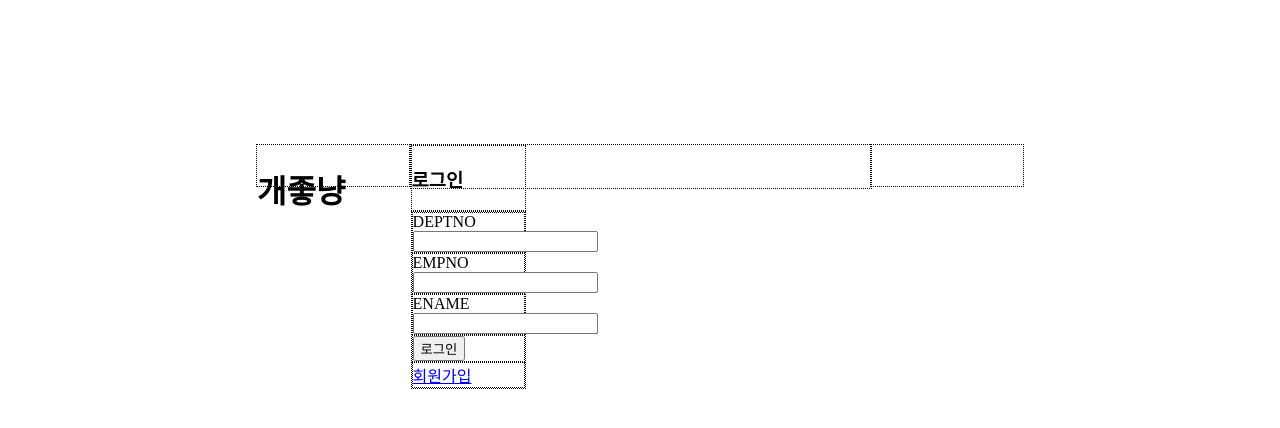
Repository: rmsgh2392/jee-company
Page: http://localhost/company/facade.do
The author's editor kept a copy of each file at every save. The page is drawn from the files as they stood at one save, then again after the next save.
The browser window is 1280 px wide. The pictures show the whole page.
The page is served by Tomcat 9. Other server files are loaded and not shown.

Above is the page before, as saved 2019-10-07 10:43:26.

### company/WebContent/WEB-INF/views/facade/main.jsp
<%@ page language="java" contentType="text/html; charset=UTF-8"
    pageEncoding="UTF-8"%>
<%@taglib prefix="e" uri="http://java.sun.com/jsp/jstl/core"%>
<jsp:include page="../common/head.jsp"/>
<div class="container">
	<div><h1 id="main_text">개좋냥</h1></div>
	<div class="content">
	<e:choose>
		<e:when test="${page eq 'login'}">
			<jsp:include page="login.jsp"/>
		</e:when>
		<e:when test="${page eq 'join'}">
			<jsp:include page="join.jsp"/>
		</e:when>
		<e:when test="${page eq 'mypage'}">
			<jsp:include page="mypage.jsp"/>
		</e:when>
	</e:choose>
</div>
<div>
</div>
</div>
<script>
app.init('${ctx}');
</script>
<jsp:include page="../common/foot.jsp"/>

### company/WebContent/WEB-INF/views/common/head.jsp
<%@ page language="java" contentType="text/html; charset=UTF-8"
    pageEncoding="UTF-8"%>
<!DOCTYPE html>
<html>
<head>
<meta charset="UTF-8">
<title>Insert title here</title>
<script src="${js}/jquery.js"></script>
<link rel="stylesheet" type="text/css" href="${css}/style.css"/></link>
<script src="${js}/app.js"></script>
</head>
<body>
<div class="wrapper" style="width:100%; height:100%">
<div></div> <div></div> <div></div>
<div></div>

### company/WebContent/WEB-INF/views/facade/login.jsp
<%@ page language="java" contentType="text/html; charset=UTF-8"
    pageEncoding="UTF-8"%>
<form id="login_form">
	<div><h3 id="join_text">로그인</h3></div>
	<div class = "login_spac">
		<div id="text">
			DEPTNO <input id="deptname" class="login_text" type="text" name="deptNo"/>
		</div>
		<div id="text">
			EMPNO <input id="username" class="login_text" type="text" name="empNo"/>
		</div>
		<div id="text">
			ENAME <input id="userpw" class="login_text" type="text" name="ename"/>
		</div>
		<div>
			<input id="login_btn" type="button" value="로그인"/>
		</div>
		<div>
			<a id="a_join" href="#">회원가입</a>
		</div>
		<input type="hidden" name="action" value="login"/>
		<input type="hidden" name="page" value="mypage"/>
	</div>
</form>
<script>
app.init('${ctx}');
</script>

### company/WebContent/WEB-INF/views/common/foot.jsp
<%@ page language="java" contentType="text/html; charset=UTF-8"
    pageEncoding="UTF-8"%>
<div></div>
<div></div> <div></div> <div></div>
  </div>
</body>
</html>

### company/src/com/company/web/controllers/FacadeController.java
package com.company.web.controllers;

import java.io.IOException;
import javax.servlet.ServletException;
import javax.servlet.annotation.WebServlet;
import javax.servlet.http.HttpServlet;
import javax.servlet.http.HttpServletRequest;
import javax.servlet.http.HttpServletResponse;

import com.company.web.pool.Constants;

@WebServlet("/facade.do")
public class FacadeController extends HttpServlet {
	private static final long serialVersionUID = 1L;

	enum Resources{
		CTX, CSS, JS
	}
	protected void doGet(HttpServletRequest request, HttpServletResponse response) throws ServletException, IOException {
		for(Resources r : Resources.values()) {
			if(r.toString().toLowerCase().equals("ctx")) {
				request.getSession().setAttribute(r.toString().toLowerCase(), request.getContextPath());
			}else {
				request.getSession().setAttribute(r.toString().toLowerCase(), request.getContextPath() + "/resources/" + r.toString().toLowerCase());

			}

		}
		if(request.getParameter("page")==null) {
			request.setAttribute("page", "login");
		}else {
			request.setAttribute("page", request.getParameter("page"));
		}
		request.getRequestDispatcher
		(String.format(Constants.DOUBLE_PATH
				,request.getServletPath().substring(1,request.getServletPath().indexOf(".")),"main"))
		.forward(request, response);

	}

}

### company/WebContent/resources/css/style.css
@charset "UTF-8";
html, body{
	margin: 0;
	height: 100%;
	overflow: hidden;
}
.wrapper{
	display : grid;
	width: 100%;
	height:100%;
	grid-template-columns: 20% 60% 20%;
	grid-template-rows: 20% 60% 20%;
}
.container{
	display : grid;
	width: 100%;
	height:100%;
	grid-template-columns: 20% 60% 20%;
	grid-template-rows : 10% 60% 10%;
}
.content{
	display : grid;
	width: 100%;
	height:100%;
	grid-template-columns: 25% 50% 25%;
	grid-template-rows : 10% 60% 30%;

}
#main_text{width : 200px; ,margin: 0 auto}
.join_spac{
	display : grid;
	width: 70%;
	height:80%;
	grid-template-columns: 30% 20% 50%;
	grid-template-rows : 11% 11% 11% 11% 11% 11% 11% 11% 12%;
}
.container div{border : 1px dotted black}
#login_form{width:100%;height:100%}
#login_tab div{border : 1px solid black;}

### company/WebContent/resources/js/app.js
var app = (()=>{
	return {
		init : (ctx)=>{
			employeeService.login(ctx);
			employeeService.join(ctx);
			employeeService.moveJoin(ctx);

		}

	};

})();

var player = (()=>{
	var _empNo,_ename,_job,_mgr,_hireDate,_sal,_comm,_deptNo;

	var setDeptNo = (deptNo)=>{this.deptNo = deptNo;}
	var setEmpNo = (empNo)=>{this.empNo = empNo;}
	var setEname = (ename)=>{this.ename = ename;}
	var getDeptNo = ()=>{return this._deptNo;}
	var getEmpNo = ()=>{return this. _empNo;}
	var getEname = ()=>{return this._ename;}
	return {
		setDeptNo : setDeptNo,
		setEmpNo  :  setEmpNo ,
		setEname : setEname,
		getDeptNo : getDeptNo,
		getEmpNo : getEmpNo,
		getEname : getEname
	};
})();

var employeeService = (()=>{
	return {
		login : (ctx)=>{
			$('#login_btn').click(()=>{
				if($('#username').val()===''||$('#userpw').val()===''||$('#deptname').val()===''){
					alert('필수값이 없습니다.');
				}else{
					/*alert('입력한 값 아이디'+$('#username').val());*/
					$('#login_form').attr('action',ctx+'/company.do');
					$('#login_form').attr('method','GET');
					$('#login_form').submit();
				}

			});
		},
		join: (ctx)=>{
			$('#join_btn').click(()=>{
				if($('#join_empNo').val()===''||$('#join_ename').val()===''){
					alert('필수값이 없습니다.');
				}else{
					/*alert('입력한 값 아이디'+$('#join_empNo').val());*/
					$('#join_form').attr('action',ctx+'/company.do');
					$('#join_form').attr('method','GET');
					$('#join_form').submit();
				}
			});
		},
		moveJoin : (ctx)=>{
			$('#a_join').click(()=>{

				location.assign(ctx+'/facade.do?page=join')
			});
		},


		search: (ctx)=>{
			$('#find2').click(()=>{
				location.assign(ctx+'/player.do?action=search&page=a_position');
			});

			$('#find4').click(()=>{
				location.assign(ctx+'/player.do?action=search&page=4_find_by_teamid_position');

			});

		}

	};
})();

Loaded but not shown: company/WebContent/resources/js/jquery.js (library)

After the next save:
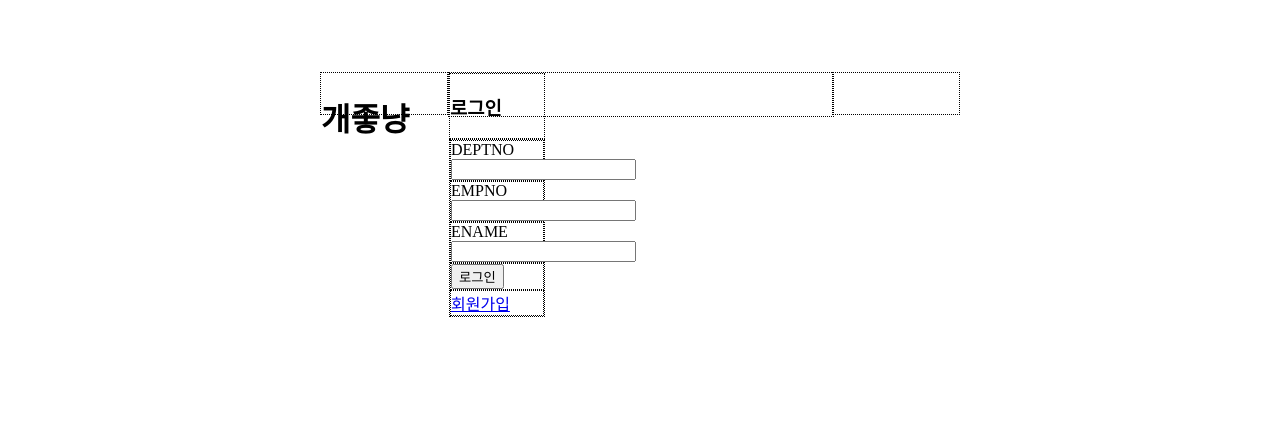
Saved 2 min 42 s later.
--- a/company/WebContent/resources/css/style.css
+++ b/company/WebContent/resources/css/style.css
@@ -8,8 +8,8 @@ html, body{
 	display : grid;
 	width: 100%;
 	height:100%;
-	grid-template-columns: 20% 60% 20%;
-	grid-template-rows: 20% 60% 20%;
+	grid-template-columns : 25% 50% 25%;
+	grid-template-rows : 10% 60% 30%
 }
 .container{
 	display : grid;
